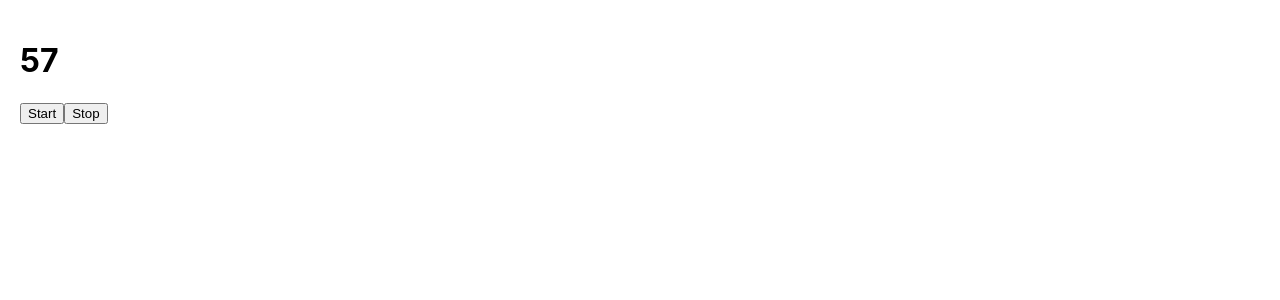
Repository: haidawngvn/hooks-bible
Page: /, after clicking the first element matching `button`
These files come from the project's save history. The page is drawn as it stood at one moment and after the next save; the edit follows.
The browser window is 1280 px wide. The pictures show the whole page.
The project was rebuilt for these pictures with package versions that can differ from the ones it lists, and the page was loaded fresh each time.

Above is the page before, as saved 2022-07-29 10:40:18.

### public/index.html
<!DOCTYPE html>
<html lang="en">
  <head>
    <meta charset="utf-8" />
    <link rel="icon" href="%PUBLIC_URL%/favicon.ico" />
    <meta name="viewport" content="width=device-width, initial-scale=1" />
    <meta name="theme-color" content="#000000" />
    <meta
      name="description"
      content="Web site created using create-react-app"
    />
    <link rel="apple-touch-icon" href="%PUBLIC_URL%/logo192.png" />
    <!--
      manifest.json provides metadata used when your web app is installed on a
      user's mobile device or desktop. See https://developers.google.com/web/fundamentals/web-app-manifest/
    -->
    <link rel="manifest" href="%PUBLIC_URL%/manifest.json" />
    <!--
      Notice the use of %PUBLIC_URL% in the tags above.
      It will be replaced with the URL of the `public` folder during the build.
      Only files inside the `public` folder can be referenced from the HTML.

      Unlike "/favicon.ico" or "favicon.ico", "%PUBLIC_URL%/favicon.ico" will
      work correctly both with client-side routing and a non-root public URL.
      Learn how to configure a non-root public URL by running `npm run build`.
    -->
    <title>Hooks Examples</title>
  </head>
  <body>
    <noscript>You need to enable JavaScript to run this app.</noscript>
    <div id="root"></div>
    <!--
      This HTML file is a template.
      If you open it directly in the browser, you will see an empty page.

      You can add webfonts, meta tags, or analytics to this file.
      The build step will place the bundled scripts into the <body> tag.

      To begin the development, run `npm start` or `yarn start`.
      To create a production bundle, use `npm run build` or `yarn build`.
    -->
  </body>
</html>

### src/index.js
import React from 'react';
import ReactDOM from 'react-dom/client';
import './index.css';
import App from './App';
import reportWebVitals from './reportWebVitals';


// Fake auto comment function
function emitComment(id) {
    setInterval(() => {
        window.dispatchEvent(
            new CustomEvent(`lesson-${id}`, {
                detail: `comment on lession-${id}`
            })
        )
    }, 2000)
}

emitComment(1)
emitComment(2)
emitComment(3)

const root = ReactDOM.createRoot(document.getElementById('root'));
root.render(
//   <React.StrictMode>
    <App />
//   </React.StrictMode>
);

// If you want to start measuring performance in your app, pass a function
// to log results (for example: reportWebVitals(console.log))
// or send to an analytics endpoint. Learn more: https://bit.ly/CRA-vitals
reportWebVitals();

### src/App.js
import  { useEffect, useLayoutEffect, useState, useRef } from 'react'

// useRef: khá giống useState (lưu các giá trị)
// nhưng khi setState để thay đổi giá trị thì sẽ re-render,
// còn thay đổi giá trị của ref thì kh phải re-render
// Lưu các giá trị qua 1 tham chiếu bên ngoài
// return 1 object có key return bằng giá trị của biến đc gán, vd {current: timerId}
// có thể truyền vô 1 init value để làm giá trị khởi tạo cho current

// most common use: reference elements inside phần HTML

function App(){

    const [count, setCount] = useState(60)

    // nếu kh truyền init value vô useRef thì timerId.current lúc này là undefined
    const timerId = useRef()
    const prevCount = useRef()
    const h1Ref = useRef()

    useEffect(() => {
        prevCount.current = count
    }, [count])

    console.log(count, prevCount.current)

    const handleStart = () => {
        timerId.current = setInterval(() => {
            setCount(prev => prev -1)
        },1000)

        console.log('start', timerId.current);
    }


    const handleStop = () => {
        clearInterval(timerId.current)
        console.log('stop', timerId.current);
    }

    return(
        <div style={{ padding : 20 }}>
            <h1 ref={h1Ref}>{count}</h1>
            <button onClick={handleStart}>Start</button>
            <button onClick={handleStop}>Stop</button>
        </div>
    )
}

export default App

Loaded but not shown: src/index.css (common file); src/reportWebVitals.js (common file)

After the next save:
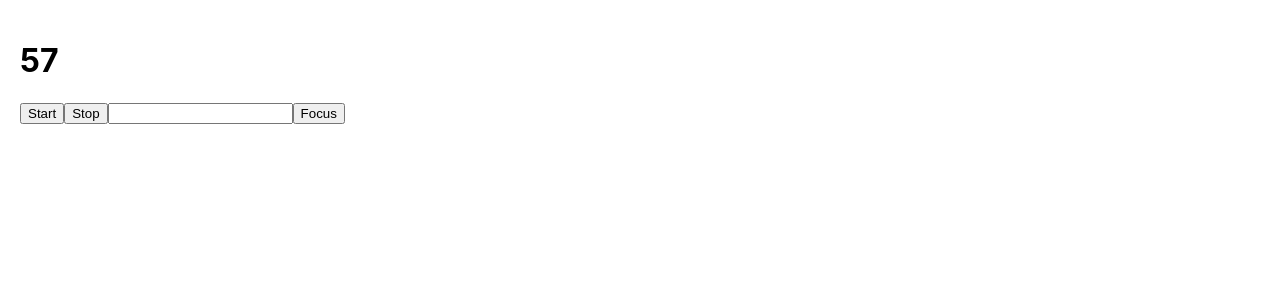
Saved 4 min 4 s later.
--- a/src/App.js
+++ b/src/App.js
@@ -17,6 +17,7 @@ function App(){
     const timerId = useRef()
     const prevCount = useRef()
     const h1Ref = useRef()
+    const inputRef = useRef()
 
     useEffect(() => {
         prevCount.current = count
@@ -38,11 +39,17 @@ function App(){
         console.log('stop', timerId.current);
     }
 
+    function focus() {
+        inputRef.current.focus()
+    }
+
     return(
         <div style={{ padding : 20 }}>
             <h1 ref={h1Ref}>{count}</h1>
             <button onClick={handleStart}>Start</button>
             <button onClick={handleStop}>Stop</button>
+            <input type="text" ref={inputRef} />
+            <button onClick={focus}>Focus</button>
         </div>
     )
 }
